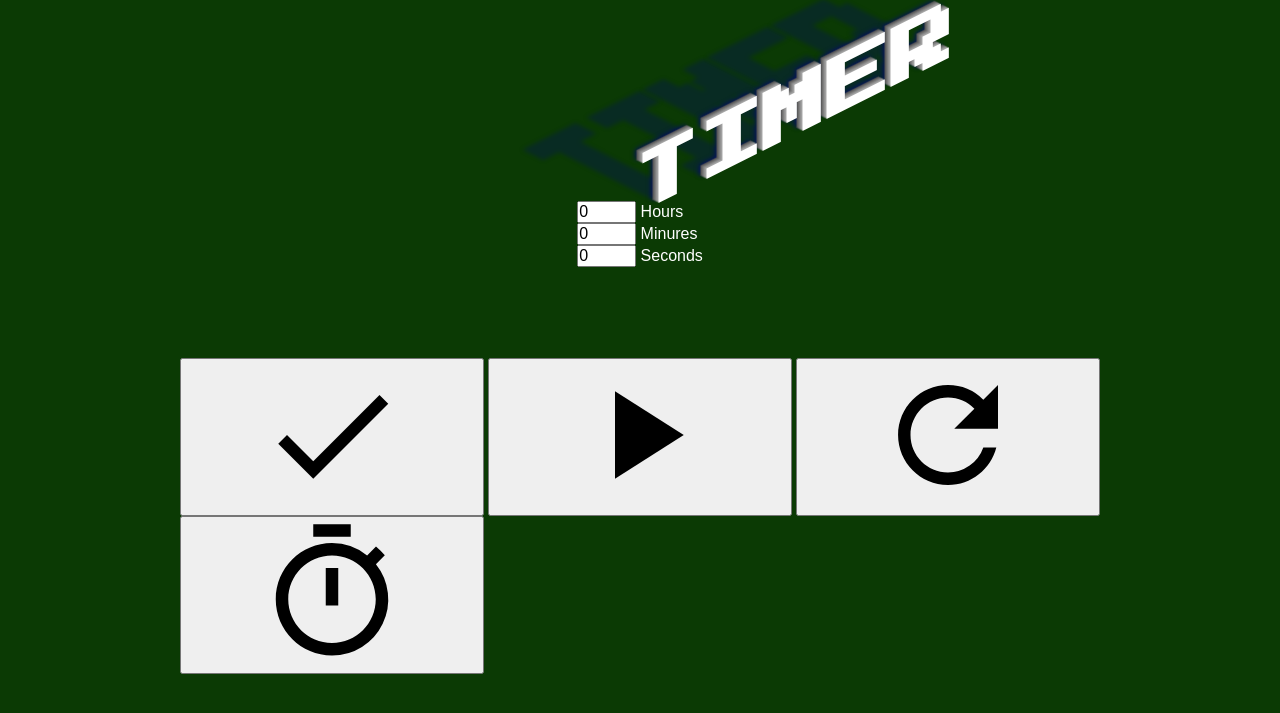
Repository: KrzysKolo/Projekt-12_Timer
Page: index.html
The author's editor kept a copy of each file at every save. The page is drawn from the files as they stood at one save, then again after the next save.
The browser window is 1280 px wide. The pictures show the whole page.
Some web fonts or font styles are not loaded; a fallback is used.

Above is the page before, as saved 2020-06-24 20:51:33.

After the next save:
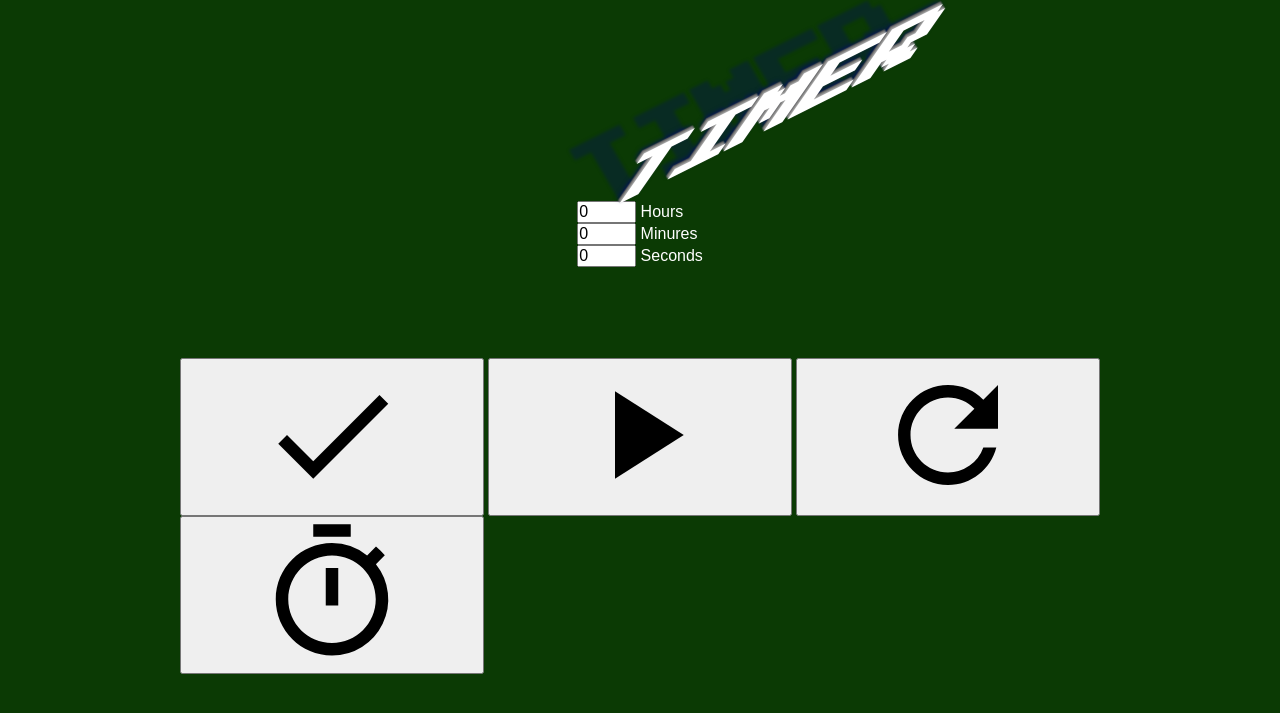
Saved 46 s later.
--- a/css/style.css
+++ b/css/style.css
@@ -33,11 +33,8 @@ body {
   left: 100px;
   color: rgba(0, 0, 0, 0);
 
-  -webkit-transform: skew(63deg, -26.6deg);
-  -moz-transform: skew(63deg, -26.6deg);
-  -o-transform: skew(63deg, -26.6deg);
-  -ms-transform: skew(63deg, -26.6deg);
-  transform: skew(63deg, -26.6deg);
+  transform: skew(30deg, -26.6deg);
+
   text-shadow: 0 0 3px rgba(0, 0, 128, 0.25);
   z-index: 50;
 }
